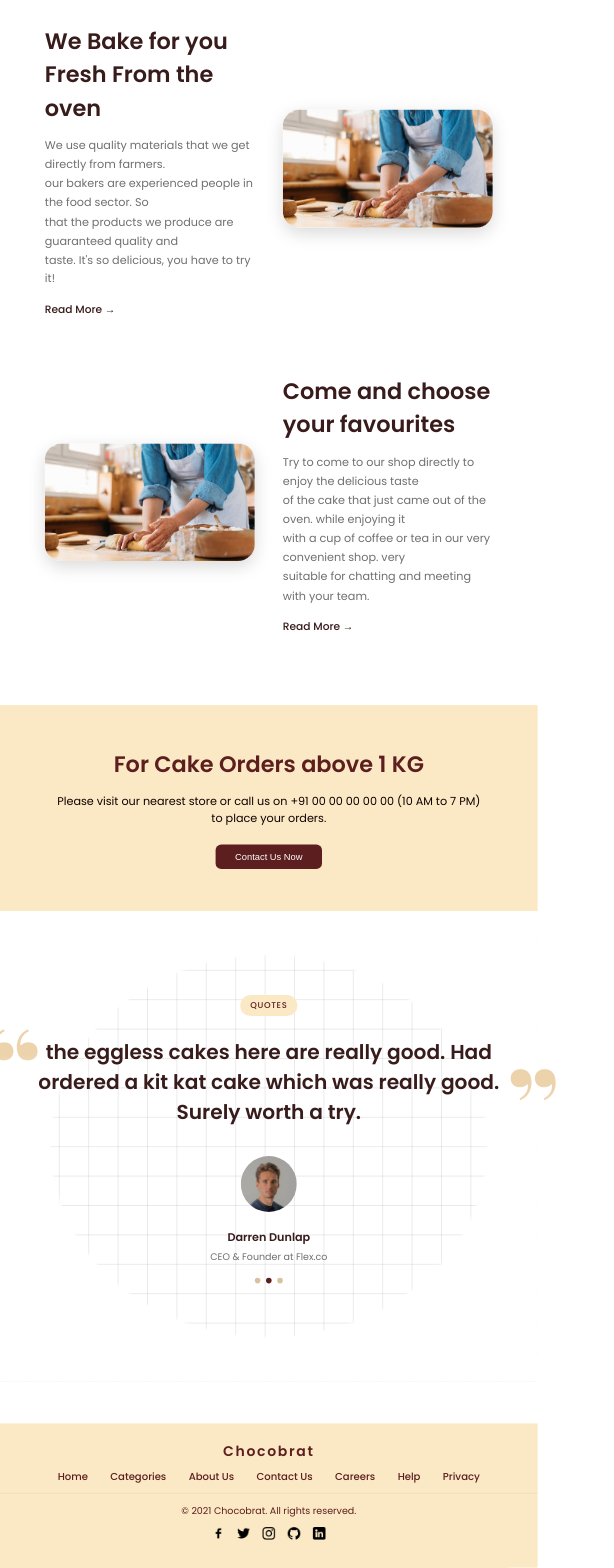
Repository: josegabrielzevallos/chocobrat-bakery-website
Page: index.html
An editor plug-in stored every save of this project. The page is shown before and after the next save, followed by the edit.
The browser window is 768 px wide. The page is 877 px wide, so the pictures cover 877 px, including what lies to the right of the window. The pictures show the part of the page from y = 1428 to 3668 px (the page is 3668 px tall before and 3617 px after), at 70% of full size.

Above is the page before, as saved 2025-11-20 19:02:07.

### index.html
<!DOCTYPE html>
<html lang="en">
<head>
    <meta charset="UTF-8" />
    <meta name="viewport" content="width=device-width, initial-scale=1.0" />
    <title>Chocobrat Bakery</title>

    <link href="https://fonts.googleapis.com/css2?family=Poppins:wght@300;400;500;600;700&family=Playfair+Display:wght@400;600;700;800;900&display=swap" rel="stylesheet">

    <link rel="stylesheet" href="styles.css" />
</head>
<body>

    <!-- NAVBAR -->
    <header>
        <nav class="navbar container">
            <h1 class="logo">Chocobrat</h1>

            <ul class="nav-links">
                <li><a class="active" href="#">Home</a></li>
                <li class="dropdown">
                    <a href="#">Categories ▾</a>
                </li>
                <li><a href="#">About Us</a></li>
                <li><a href="#">Contact Us</a></li>
            </ul>

            <div class="nav-actions">
                <input type="text" placeholder="Search" class="search-box" />
                <button class="icon-btn">🔍</button>
                 <button class="icon-btn">👤</button>
                <button class="icon-btn">🛒</button>

            </div>
        </nav>
    </header>

    <!-- HERO SECTION -->
    <section class="hero container">
        <div>
        <div class="hero-text">
            <div class="hero-img">
                <img src="./assets/images/b1-cake.png" alt="Cake">
            </div>
            <div class="carousel container">
                <div class="slider-controls">
                    <span class="arrow" id="prev">&larr;</span>
                    <span class="slide-text">01/7</span>
                    <span class="arrow" id="next">&rarr;</span>
                </div>
                <img src="assets/images/b2-cake.jpeg" class="thumb" />
                <img src="assets/images/b3-cake-red.png" class="thumb" />
                <img src="assets/images/b4-cake.jpg" class="thumb" />

            </div>
                <h2>Bring you Happiness <br> through a piece of cake</h2>
                <p>We make different type of cakes, chocolate, soft cookies, cheesecake pie or anything you want.</p>

                <div class="hero-buttons">
                    <button class="btn primary">Order Now</button>
                    <button class="btn secondary">See All Menus</button>
                </div>
            </div>


        </div>
        <div class="hero-ba" >
            <!-- CAROUSEL STATIC -->


            <div class="title-row">
                <h2>Try Our Best Selling</h2>
                <div class="divider"></div>
                <p>Here’s our best creations that everyone loves. Lightness and sweetness of the cake...</p>
            </div>
        </div>
    </section>



    <!-- BEST SELLING SECTION -->
    <section class="best-selling container">


        <div class="product-grid">

            <!-- CARD 1 -->
            <article class="card">
                <img src="assets/images/b5-cakes.png" alt="">
                <h3>Red Velvet & Cream Cheese (500g)</h3>
                <div class="rating">
                    ⭐⭐⭐⭐☆ <span>4.0 Rating</span>
                </div>
            </article>

            <!-- CARD 2 -->
            <article class="card">
                <img src="assets/images/b6-cakes.png" alt="">
                <h3>Red Velvet & Cream Cheese (500g)</h3>
                <div class="rating">
                    ⭐⭐⭐⭐☆ <span>4.0 Rating</span>
                </div>
            </article>

            <!-- CARD 3 -->
            <article class="card">
                <img src="assets/images/b7-cakes.png" alt="">
                <h3>Red Velvet & Cream Cheese (500g)</h3>
                <div class="rating">
                    ⭐⭐⭐⭐☆ <span>4.0 Rating</span>
                </div>
            </article>

            <!-- CARD 4 -->
            <article class="card">
                <img src="assets/images/b8-cakes.png" alt="">
                <h3>Red Velvet & Cream Cheese (500g)</h3>
                <div class="rating">
                    ⭐⭐⭐⭐☆ <span>4.0 Rating</span>
                </div>
            </article>
              <!-- CARD 5 -->
            <article class="card">
                <img src="assets/images/b9-cakes.png" alt="">
                <h3>Red Velvet & Cream Cheese (500g)</h3>
                <div class="rating">
                    ⭐⭐⭐⭐☆ <span>4.0 Rating</span>
                </div>
            </article>
        </div>

        <center>
            <button class="btn view-more">View More →</button>
        </center>
    </section>

        <!-- STORY / ABOUT BAKERY SECTION -->
    <section class="story container">
        <article class="story-card">

            <div class="story-text">
                <h2>We Bake for you<br>Fresh From the oven</h2>
                <p>
                    We use quality materials that we get directly from farmers.
                    <br>our bakers are experienced people in the food sector. So
                    <br>that the products we produce are guaranteed quality and
                    <br>taste. It's so delicious, you have to try it!
                </p>
                <a href="#" class="story-link">Read More →</a>
            </div>
            <div class="story-img">
                <img src="./assets/images/b9-women.jpeg" alt="Baker preparing pastry">
            </div>

        </article>


        <article class="story-card">

            <div class="story-img">
                <img src="./assets/images/b9-women.jpeg" alt="Baker rolling dough">
            </div>

            <div class="story-text">
                <h2>Come and choose your favourites</h2>
                <p>
                    Try to come to our shop directly to enjoy the delicious taste
                    <br>of the cake that just came out of the oven. while enjoying it
                    <br>with a cup of coffee or tea in our very convenient shop. very
                    <br>suitable for chatting and meeting with your team.
                </p>
                <a href="#" class="story-link">Read More →</a>
            </div>

        </article>

    </section>

    <!-- CAKE ORDER BANNER -->
    <section class="order-banner">
        <div class="order-banner-inner">
            <h2>For Cake Orders above 1 KG</h2>
            <p>
                Please visit our nearest store or call us on +91 00 00 00 00 00 (10 AM to 7 PM)
            <br>
                to place your orders.
            </p>
            <button class="btn primary order-btn">Contact Us Now</button>
        </div>
    </section>

    <!-- QUOTES SECTION -->
    <section class="quotes-section">
        <div class="container quotes-inner">
            <span class="quotes-label">QUOTES</span>

            <p class="quote-text">
                the eggless cakes here are really good. Had ordered a kit kat cake which was
                really good. Surely worth a try.
            </p>

            <div class="quote-author">
                <div class="quote-avatar">
                    <img src="./assets/images/b10-man.jpeg" alt="Darren Dunlap">
                </div>
                <h3>Darren Dunlap</h3>
                <p class="quote-role">CEO &amp; Founder at Flex.co</p>

                <div class="quote-dots">
                    <span class="quote-dot"></span>
                    <span class="quote-dot active"></span>
                    <span class="quote-dot"></span>
                </div>
            </div>
        </div>
    </section>
    <!-- FOOTER -->
    <footer class="site-footer">
        <div class="footer-top container">
            <div class="footer-logo">Chocobrat</div>

            <ul class="footer-nav">
                <li><a href="#">Home</a></li>
                <li><a href="#">Categories</a></li>
                <li><a href="#">About Us</a></li>
                <li><a href="#">Contact Us</a></li>
                <li><a href="#">Careers</a></li>
                <li><a href="#">Help</a></li>
                <li><a href="#">Privacy</a></li>
            </ul>
        </div>

        <hr class="footer-divider">

        <div class="footer-bottom container">
            <p class="footer-copy">© 2021 Chocobrat. All rights reserved.</p>

            <div class="footer-social">
                <a href="#"><img src="./assets/icons/ic-facebook.png"  alt="Facebook"></a>
                <a href="#"><img src="./assets/icons/ic-twitter.png"   alt="Twitter"></a>
                <a href="#"><img src="./assets/icons/ic-instagram.png" alt="Instagram"></a>
                <a href="#"><img src="./assets/icons/ic-github.png"    alt="GitHub"></a>
                <a href="#"><img src="./assets/icons/ic-linkedin.png"  alt="LinkedIn"></a>
            </div>
        </div>
    </footer>
</body>
</html>

### styles.css
/* ===== RESET ===== */
* {
    margin: 0;
    padding: 0;
    box-sizing: border-box;
}

body {
    font-family: "Poppins", sans-serif;
    background-color: #ffffff;
    background-color: #FFF;
    color: #381B1B;
}

.container {
    max-width: 1478px;
    margin: 0 auto;        /* centra TODAS las secciones */
    padding: 0 24px;        /* padding uniforme sin empujar a la izquierda */
}


/* ===== NAVBAR ===== */
header {
    background: #FFF;
    padding: 0px 0;
}

.navbar {
    display: flex;
    align-items: center;
    justify-content: space-between;
}

.logo {
    font-size: 1.8rem;
    font-weight: 600;
}

.nav-links {
    display: flex;
    list-style: none;
    gap: 30px;
}

.nav-links a {
    text-decoration: none;
    color: #6F6F6F;
    font-weight: 500;
}

.nav-links .active {
    color: #381B1B;
    font-weight: 600;
}

.nav-actions {
    display: flex;
    align-items: center;
    gap: 12px;
}

.search-box {
    padding: 10px 15px;
    border-radius: 8px;
    border: 1px solid #ddd;
}

.icon-btn {
    background: #5C1E1E;
    color: #fff;
    padding: 10px;
    border-radius: 8px;
    border: none;
}

/* ===== HERO ===== */
.hero {
    /* display: flex; */
    display: block;
    align-items: center;
    justify-content: space-between;
    background: linear-gradient(to right, white, #f1ecdc);

    margin-top: 40px;
    background-color: #FFF8F2;
    border-radius: 16px;
}

.hero-text {
    max-width: 100%;
}
.hero-back{
    /* float: right; */
    margin-top: 200px;
    margin-right: 50px;
}

.hero-text h2 {
    font-size: 2.8rem;
    line-height: 1.2;
    margin-bottom: 15px;
}

.hero-text p {
    font-size: 1rem;
    color: #6F6F6F;
    margin-bottom: 25px;
}

.hero-buttons {
    display: flex;
    gap: 15px;
}

.btn {
    padding: 12px 30px;
    font-weight: 500;
    border-radius: 8px;
    border: none;
    cursor: pointer;
}

.primary {
    background: #5C1E1E;
    color: white;
}

.secondary {
    background: white;
    border: 1px solid #5C1E1E;
    color: #5C1E1E;
}

.hero-img img {
    width: 480px;
    border-radius: 12px;
    float: right;
}

/* ===== CAROUSEL ===== */
.carousel {
    margin-top: -125px;
    display: flex;
    gap: 10px;
    clear: both;
    overflow-x: hidden;
    padding-bottom: 10px;
    float:right;
    background: #f6ffff59;
    border-top-left-radius: 64px;
    border-bottom-left-radius: 64px;

}

.slider-controls {
      display: flex;
      align-items: center;
      gap: 16px;           /* espacio entre flecha y texto */
      font-family: Arial, sans-serif;
      font-size: 18px;
    }

.divider {
  width: 1.5px;
  height: 53px; /* Ajusta el largo de la línea */
  background-color: #000000; /* Color suave como en tu imagen */
    background-color: #FFF8F2;
    border-radius: 16px;
}

.thumb {
    width: 180px;
    height: 110px;
    border-radius: 12px;
    object-fit: cover;
}

/* ===== BEST SELLING ===== */
.best-selling {
    margin-top: 60px;
}

.title-row {
    display: flex;
    justify-content: space-between;
    margin-bottom: 30px;
    clear: both;
    padding-top: 60px;
}

.title-row h2 {
    font-size: 2rem;
    color: #381B1B;
}

.title-row p {
    max-width: 45%;
    color: #6F6F6F;
}

/* ===== PRODUCT GRID ===== */
.product-grid {
    display: grid;
    grid-template-columns: repeat(5, 1fr);
    gap: 25px;
    margin-top: 30px;
}

.card {
    background: #fff;
    padding: 15px;
    border-radius: 15px;
    box-shadow: 0 4px 15px rgba(0,0,0,0.06);
}

.card img {
    width: 100%;
    height: 180px;
    border-radius: 12px;
    object-fit: cover;
}

.card h3 {
    margin: 12px 0 5px;
    font-size: 1rem;
}

.rating {
    color: #F2C94C;
    font-size: 0.9rem;
}

.rating span {
    color: #6F6F6F;
    margin-left: 5px;
}

.view-more {
    margin-top: 25px;
    background: white;
    border: 1px solid #381B1B;
    color: #381B1B;
}

/* ===== STORY / ABOUT BAKERY SECTION ===== */
.story {
    margin-top: 80px;
    display: flex;
    flex-direction: column;
    gap: 6  0px;
}

.story-card {
    display: flex;
    align-items: center;
    justify-content: space-between;   /* nuevo */
    gap: 40px;
    padding: 40px;
}

.story-card-reverse {
    flex-direction: row-reverse;
}

.story-text {
    flex: 1;        /* 50% del espacio */
}

.story-text h3 {
    font-size: 1rem;
    font-weight: 500;
    color: #A35A4A;
    margin-bottom: 4px;
}

.story-text h2 {
    font-size: 2rem;
    font-weight: 600;
    margin-bottom: 16px;
    color: #381B1B;
}

.story-text p {
    color: #6F6F6F;
    line-height: 1.7;
    margin-bottom: 18px;
}

.story-link {
    text-decoration: none;
    font-weight: 500;
    color: #381B1B;
    font-size: 0.95rem;
}

.story-img {
    flex: 1;        /* 50% del espacio */
}

.story-img img {
    width: 100%;
    height: 100%;
    max-height: 300px;     /* evita que se extienda demasiado */
    object-fit: cover;
    border-radius: 24px;
    box-shadow: 0 8px 25px rgba(0, 0, 0, 0.15);
}

/* ===== ORDER BANNER ===== */
.order-banner {
    background-color: #FBE8C4;   /* banda beige */
    padding: 60px 20px;
    margin-top: 60px;
}

.order-banner-inner {
    max-width: 800px;
    margin: 0 auto;
    text-align: center;
}

.order-banner h2 {
    font-size: 2rem;
    font-weight: 600;
    color: #5C1E1E;             /* marrón del botón/nav */
    margin-bottom: 16px;
}

.order-banner p {
    color: #0f0101;
    line-height: 1.6;
    margin-bottom: 24px;
}

.order-btn {
    /* ya hereda .btn y .primary, solo ajustamos un poco el tamaño */
    padding: 10px 28px;
    border-radius: 8px;
}

/* ===== QUOTES / TESTIMONIAL SECTION ===== */
.quotes-section {
    position: relative;
    padding: 80px 20px 100px;
    background-color: #FFFFFF;

    /* cuadrícula punteada */
    background-image:
        repeating-linear-gradient(
            to right,
            rgba(0,0,0,0.08) 0px,
            rgba(0,0,0,0.08) 1px,
            transparent 1px,
            transparent 70px
        ),
        repeating-linear-gradient(
            to bottom,
            rgba(0,0,0,0.08) 0px,
            rgba(0,0,0,0.08) 1px,
            transparent 1px,
            transparent 70px
        );

    background-size: 19.5px 19.5px;
}

.quotes-inner {
    text-align: center;
}

.quotes-label {
    display: inline-block;
    padding: 6px 14px;
    font-size: 0.75rem;
    letter-spacing: 0.08em;
    text-transform: uppercase;
    border-radius: 999px;
    background-color: #FBE8C4;
    color: #5C1E1E;
    font-weight: 500;
}

/* COMILLAS GRANDES DE FONDO */
.quote-text {
    position: relative;
    max-width: 780px;
    margin: 30px auto 40px;
    font-size: 1.8rem;
    line-height: 1.5;
    font-weight: 600;
    color: #381B1B;
    z-index: 2;
}

.quote-text::before,
.quote-text::after {
    font-family: 'Playfair Display', serif;
    position: absolute;
    font-size: 150px;
    font-weight: 950;
    pointer-events: none;
    z-index: 0;

    /* degradado real */
    background: linear-gradient(
        to bottom,
        #e7cda4 0%,
        #eacfa3 45%,
        rgba(255,255,255,0.8) 80%,
        rgba(255,255,255,1) 100%
    );
    -webkit-background-clip: text;
    color: transparent;

    opacity: 0.9;  /* alta para que se note la panza blanca */
}


.quote-text::before {
    content: "“";
    left: -40px;
    top: -75px;
}

.quote-text::after {
    content: "”";
    right: -55px;
    bottom: -75px;
}


.quote-author {
    display: flex;
    flex-direction: column;
    align-items: center;
    gap: 6px;
}

.quote-avatar img {
    width: 80px;
    height: 80px;
    border-radius: 50%;
    object-fit: cover;
    /*box-shadow: 0 8px 25px rgba(0, 0, 0, 0.15);*/
}

.quote-author h3 {
    margin-top: 10px;
    font-size: 1rem;
    font-weight: 600;
    color: #381B1B;
}

.quote-role {
    font-size: 0.85rem;
    color: #6F6F6F;
}

/* tres puntitos inferiores */
.quote-dots {
    margin-top: 14px;
    display: flex;
    gap: 8px;
    justify-content: center;
}

.quote-dot {
    width: 8px;
    height: 8px;
    border-radius: 50%;
    background-color: #D8C1A0;
}

.quote-dot.active {
    width: 8px;
    height: 8px;
    background-color: #5C1E1E;
}

/* OVAL TRANSPARENTE EN EL CENTRO DE LA SECCION */
.quotes-section {
    position: relative;
    padding: 120px 0 140px;

    /* cuadrícula que ya tenés */
    background-color: #FFFFFF;
    background-image:
        repeating-linear-gradient(
            to right,
            rgba(0,0,0,0.08) 0px,
            rgba(0,0,0,0.08) 1px,
            transparent 1px,
            transparent 42px
        ),
        repeating-linear-gradient(
            to bottom,
            rgba(0,0,0,0.08) 0px,
            rgba(0,0,0,0.08) 1px,
            transparent 1px,
            transparent 42px
        );
    background-size: 42px 42px;
}

/* Circulo con interior transparente */
.quotes-section::before {
    content: "";
    position: absolute;
    inset: 0;

    background: white;

    /* zona central recortada (transparente) */
    mask-image: radial-gradient(
        ellipse 95% 85% at center,   /* ancho y alto equilibrados */
        transparent 62%,             /* zona visible moderada */
        black 63%
    );

    -webkit-mask-image: radial-gradient(
        ellipse 65% 65% at center,
        transparent 62%,
        black 63%
    );

    pointer-events: none;
    z-index: 2; /* Cubre todo excepto el centro */
}

/* El contenido debe quedar encima del recorte */
.quotes-inner {
    position: relative;
    z-index: 3;
}



/* ===== FOOTER ===== */
.site-footer {
    background-color: #FBE8C4;
    font-family: "Poppins", sans-serif; /* misma fuente de la maqueta */
    color: #5C1E1E;
    margin-top: 60px;
    padding: 24px 0 40px;
    font-size: 0.85rem;
}

.footer-top {
    display: flex;
    align-items: center;
    justify-content: space-between;
    padding-bottom: 12px;
}

.footer-logo {
    font-size: 1.25rem;
    font-weight: 600;
    letter-spacing: 0.12em;   /* efecto similar al de la imagen */
}

.footer-nav {
    list-style: none;
    display: flex;
    gap: 32px;
}

.footer-nav a {
    text-decoration: none;
    color: #5C1E1E;
    font-weight: 500;
    font-size: 0.9rem;
}

.footer-nav a:hover {
    opacity: 0.8;
}

.footer-divider {
    border: 0;
    border-top: 1px solid rgba(0,0,0,0.06);
    margin: 0;
}

.footer-bottom {
    display: flex;
    align-items: center;
    justify-content: space-between;
    padding-top: 16px;
}

.footer-copy {
    color: #5C1E1E;
}

.footer-social {
    display: flex;
    align-items: center;
    gap: 18px;
}

.footer-social img {
    width: 18px;
    height: 18px;
    display: block;
}

/* Footer responsive */
@media (max-width: 768px) {
    .footer-top,
    .footer-bottom {
        flex-direction: column;
        gap: 12px;
        text-align: center;
    }

    .footer-nav {
        flex-wrap: wrap;
        justify-content: center;
    }
}

After the next save:
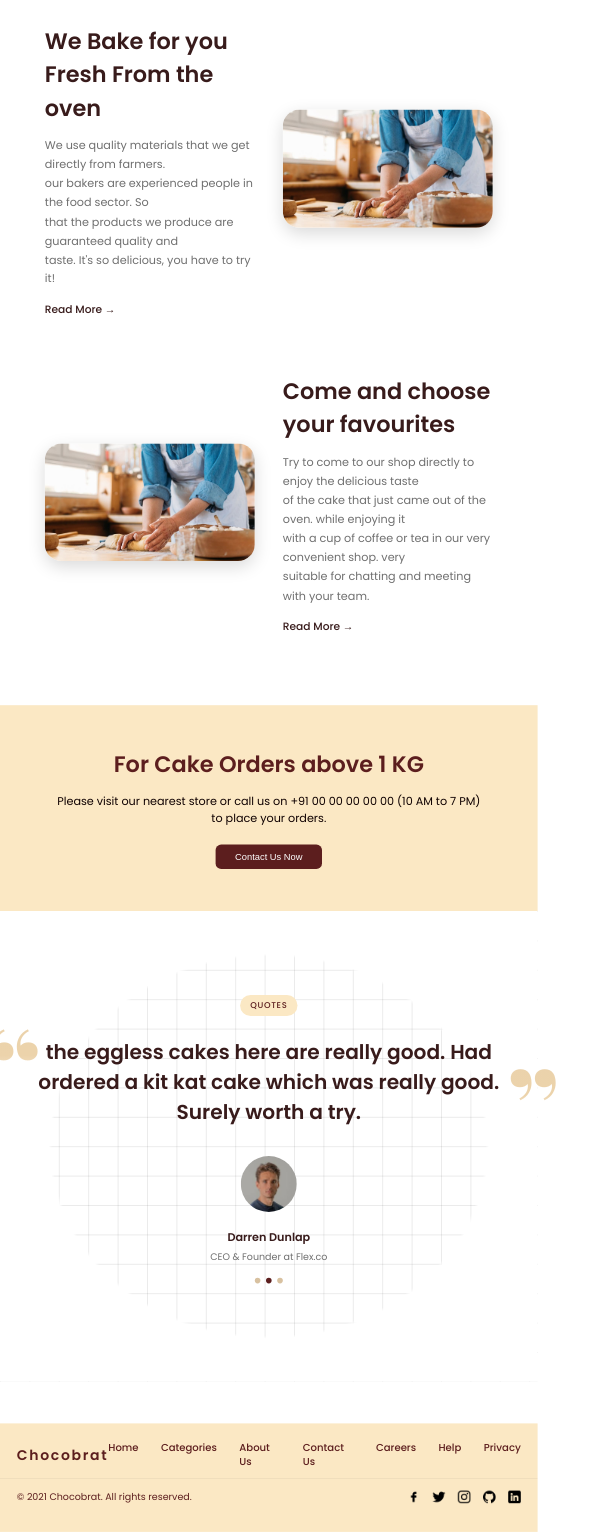
Saved 112 s later.
--- a/styles.css
+++ b/styles.css
@@ -314,7 +314,7 @@
 }
 
 .order-banner-inner {
-    max-width: 800px;
+    max-width: 1478px;
     margin: 0 auto;
     text-align: center;
 }
@@ -543,6 +543,7 @@
     margin-top: 60px;
     padding: 24px 0 40px;
     font-size: 0.85rem;
+     max-width: 1478px
 }
 
 .footer-top {
@@ -603,18 +604,3 @@
     height: 18px;
     display: block;
 }
-
-/* Footer responsive */
-@media (max-width: 768px) {
-    .footer-top,
-    .footer-bottom {
-        flex-direction: column;
-        gap: 12px;
-        text-align: center;
-    }
-
-    .footer-nav {
-        flex-wrap: wrap;
-        justify-content: center;
-    }
-}

After the save that followed:
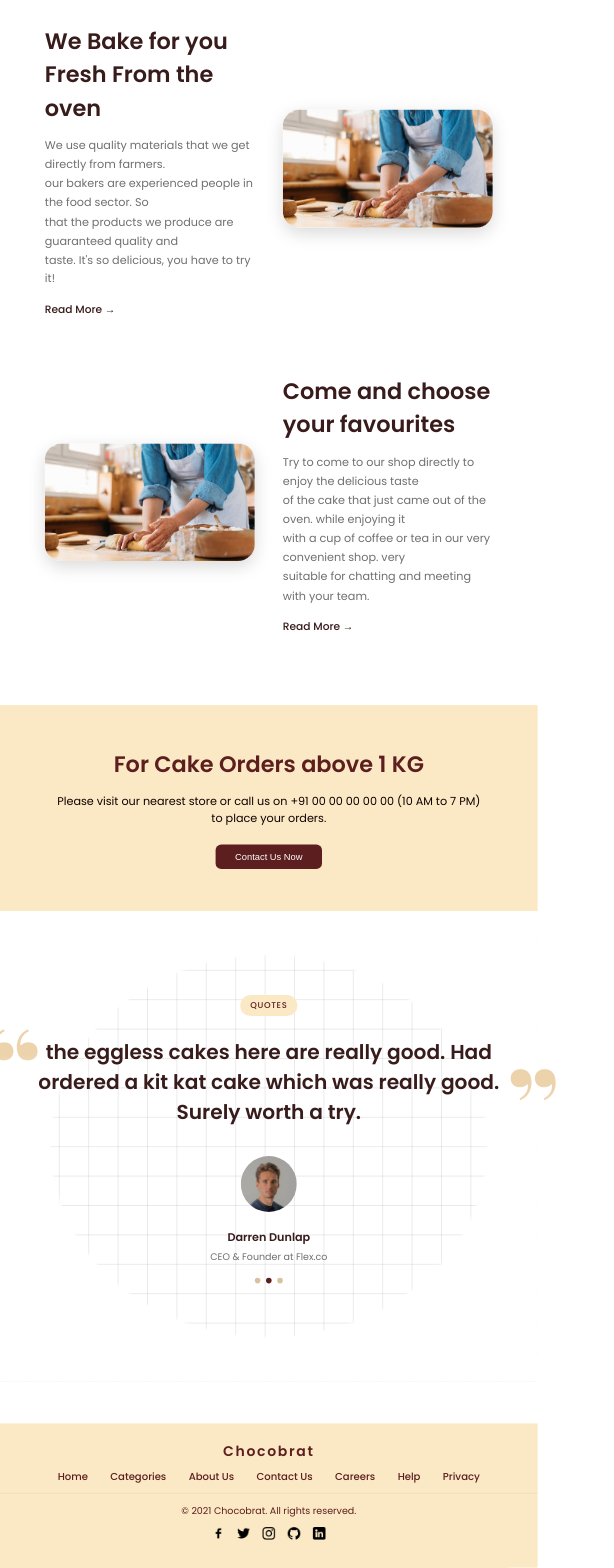
Saved 63 s later.
--- a/styles.css
+++ b/styles.css
@@ -314,7 +314,7 @@
 }
 
 .order-banner-inner {
-    max-width: 1478px;
+    max-width:  1478px;
     margin: 0 auto;
     text-align: center;
 }
@@ -543,7 +543,6 @@
     margin-top: 60px;
     padding: 24px 0 40px;
     font-size: 0.85rem;
-     max-width: 1478px
 }
 
 .footer-top {
@@ -604,3 +603,18 @@
     height: 18px;
     display: block;
 }
+
+/* Footer responsive */
+@media (max-width: 768px) {
+    .footer-top,
+    .footer-bottom {
+        flex-direction: column;
+        gap: 12px;
+        text-align: center;
+    }
+
+    .footer-nav {
+        flex-wrap: wrap;
+        justify-content: center;
+    }
+}
